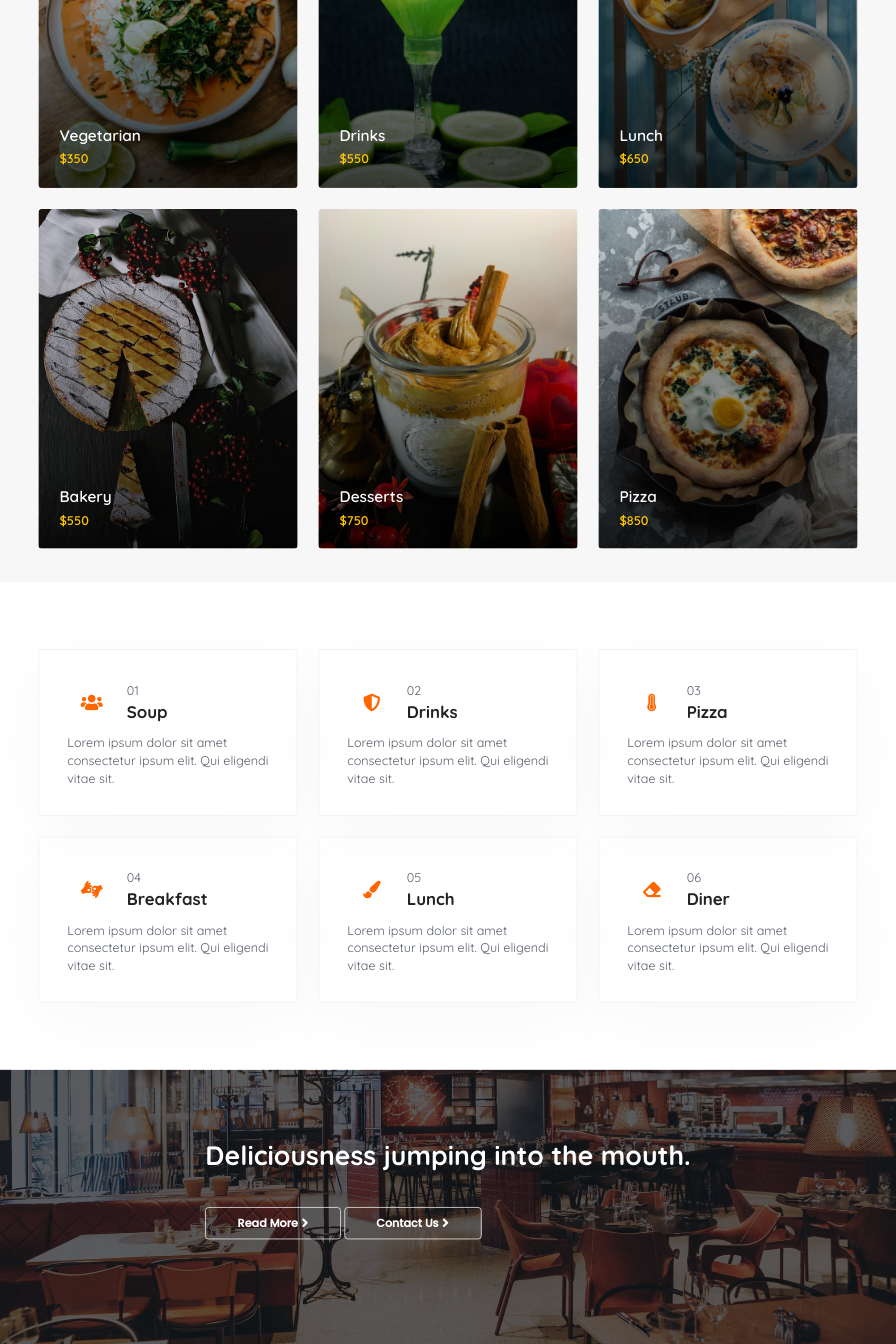
Repository: baobaodeveloper/bootscap21_project_AnhBao_VietToan_VietDuc
Page: index.html
An editor plug-in stored every save of this project. The page is shown before and after the next save, followed by the edit.
The browser window is 1280 px wide. The pictures show the part of the page from y = 1969 to 3889 px (the page is 3889 px tall before and 3819 px after), at 70% of full size.
Backgrounds fixed to the window are drawn as part of the page.

Above is the page before, as saved 2022-03-04 08:53:47.

### index.html
<!DOCTYPE html>
<html lang="en">
  <head>
    <meta charset="UTF-8" />
    <meta http-equiv="X-UA-Compatible" content="IE=edge" />
    <meta name="viewport" content="width=device-width, initial-scale=1.0" />

    <!-- fontawesome link cdn -->
    <link
      rel="stylesheet"
      href="https://cdnjs.cloudflare.com/ajax/libs/font-awesome/5.15.4/css/all.min.css"
      integrity="sha512-1ycn6IcaQQ40/MKBW2W4Rhis/DbILU74C1vSrLJxCq57o941Ym01SwNsOMqvEBFlcgUa6xLiPY/NS5R+E6ztJQ=="
      crossorigin="anonymous"
      referrerpolicy="no-referrer"
    />

    <!-- font -->
    <link rel="preconnect" href="https://fonts.googleapis.com" />
    <link rel="preconnect" href="https://fonts.gstatic.com" crossorigin />
    <link
      href="https://fonts.googleapis.com/css2?family=Pacifico&family=Poppins:wght@300;400;500&family=Quicksand:wght@300;400;500;600;700&display=swap"
      rel="stylesheet"
    />

    <link rel="stylesheet" href="style.css" />
    <title>Diner</title>
  </head>
  <body>
    <header class="header">
      <div class="header__wrapper container">
        <div class="header__top">
          <a class="header__logo" href="#">Diner</a>

          <div class="header__navbar">
            <form class="navbar__search">
              <input type="search" placeholder="Search here..." id="search" />
              <label for="search" class="fas fa-search"></label>
            </form>

            <div class="mode__container">
              <i class="fas fa-sun" id="dark"></i>
              <i class="fas fa-moon" id="light"></i>
            </div>

            <div class="fa fa-bars" id="menu-button"></div>
          </div>

          <nav class="navbar__list">
            <i class="fas fa-times" id="close-button"></i>
            <a href="#">home</a>
            <a href="#">about</a>
            <a href="#">services</a>
            <a href="#">blogs</a>
            <a href="#">404</a>
            <a href="#">landing page</a>
            <a href="#">contact</a>
            <a href="#">shot codes</a>
            <a href="#">email</a>
          </nav>
        </div>

        <div class="header__content">
          <h2>the only thing we love more than food is you!</h2>
          <p>
            Lorem ipsum dolor sit amet consectetur ipsum elit. Qui eligendi
            vitae sit.Ea ipsum sed consequuntur illum facere.
          </p>
          <a href="#" class="btn"
            >read more <i class="fas fa-angle-right"></i
          ></a>
        </div>
      </div>
    </header>

    <section class="about container pad-med">
      <div class="heading">
        <span>about us</span>
        <h3>We found our creative space that is open for you.</h3>
      </div>

      <div class="text">
        <p>
          Lorem ipsum viverra feugiat. Pellen tesque libero ut justo, ultrices
          in ligula. Semper at tempufddfel. Lorem ipsum dolor sit amet elit. Non
          quae, fugiat nihil ad. Lorem ipsum dolor sit amet. Lorem ipsum init
          dolor sit, amet elit. Dolor ipsum non velit, culpa!Lorem ipsum init
          dolor sit.
        </p>

        <p>
          Lorem ipsum viverra feugiat. Pellen tesque libero ut justo, ultrices
          in ligula. Semper at tempufddfel. Lorem ipsum dolor sit amet elit. Non
          quae, fugiat nihil ad. Lorem ipsum dolor sit amet.
        </p>
      </div>
    </section>

    <section class="restaurant">
      <div class="restaurant__img">
        <img src="./image/banner3.jpg" alt="#" />
      </div>

      <div class="restaurant__content">
        <div class="heading">
          <span>more than 3000 restaurant</span>
          <h3>Book a table easly at the best price</h3>
        </div>

        <div class="text">
          <p>
            Vestibulum ante ipsum primis in faucibus orci luctus turpis sodales
            quis. Integer sit amet mattis quam.Vivamus a ligula quam tesque et
            libero ut justo ultrices in.
          </p>
        </div>

        <div class="restaurant__best">
          <div class="best__item">
            <i class="fas fa-thumbs-up"></i>
            <h4>best deals</h4>
            <p class="text">
              Lorem ipsum viverra feugiat. Pellen tesque libero justo.
            </p>
          </div>

          <div class="best__item">
            <i class="fas fa-utensils"></i>
            <h4>best food</h4>
            <p class="text">
              Lorem ipsum viverra feugiat. Pellen tesque libero justo.
            </p>
          </div>
        </div>
      </div>
    </section>

    <section class="categories-wrapper">
      <div class="categories container pad-med">
        <div class="heading text-align pad-med">
          <span>what's new</span>
          <h3>popular categories</h3>
        </div>

        <div class="categories__list">
          <div class="categories__item">
            <div class="categories__img">
              <img src="./image/g1.jpg" alt="" />
            </div>
            <div class="categories__info">
              <span class="categories__name"> vegetarian </span>
              <span class="categories__price"> $350 </span>
            </div>
          </div>

          <div class="categories__item">
            <div class="categories__img">
              <img src="./image/g2.jpg" alt="" />
            </div>
            <div class="categories__info">
              <span class="categories__name"> drinks </span>
              <span class="categories__price"> $550 </span>
            </div>
          </div>

          <div class="categories__item">
            <div class="categories__img">
              <img src="./image/g3.jpg" alt="" />
            </div>
            <div class="categories__info">
              <span class="categories__name"> lunch </span>
              <span class="categories__price"> $650 </span>
            </div>
          </div>

          <div class="categories__item">
            <div class="categories__img">
              <img src="./image/g4.jpg" alt="" />
            </div>
            <div class="categories__info">
              <span class="categories__name"> bakery </span>
              <span class="categories__price"> $550 </span>
            </div>
          </div>

          <div class="categories__item">
            <div class="categories__img">
              <img src="./image/g5.jpg" alt="" />
            </div>
            <div class="categories__info">
              <span class="categories__name"> desserts </span>
              <span class="categories__price"> $750 </span>
            </div>
          </div>

          <div class="categories__item">
            <div class="categories__img">
              <img src="./image/g6.jpg" alt="" />
            </div>
            <div class="categories__info">
              <span class="categories__name"> pizza </span>
              <span class="categories__price"> $850 </span>
            </div>
          </div>
        </div>
      </div>
    </section>

    <section class="menu container pad-med">
      <div class="menu_list pad-med">
        <div class="menu__item">
          <div class="menu__header">
            <i class="fas fa-users"></i>
            <div class="menu__info">
              <span class="menu__number">01</span>
              <span class="menu__name">soup</span>
            </div>
          </div>

          <p class="menu__content">
            Lorem ipsum dolor sit amet consectetur ipsum elit. Qui eligendi
            vitae sit.
          </p>
        </div>

        <div class="menu__item">
          <div class="menu__header">
            <i class="fas fa-shield-alt"></i>
            <div class="menu__info">
              <span class="menu__number">02</span>
              <span class="menu__name">drinks</span>
            </div>
          </div>

          <p class="menu__content">
            Lorem ipsum dolor sit amet consectetur ipsum elit. Qui eligendi
            vitae sit.
          </p>
        </div>

        <div class="menu__item">
          <div class="menu__header">
            <i class="fas fa-thermometer-full"></i>
            <div class="menu__info">
              <span class="menu__number">03</span>
              <span class="menu__name">pizza</span>
            </div>
          </div>

          <p class="menu__content">
            Lorem ipsum dolor sit amet consectetur ipsum elit. Qui eligendi
            vitae sit.
          </p>
        </div>

        <div class="menu__item">
          <div class="menu__header">
            <i class="fas fa-american-sign-language-interpreting"></i>
            <div class="menu__info">
              <span class="menu__number">04</span>
              <span class="menu__name">breakfast</span>
            </div>
          </div>

          <p class="menu__content">
            Lorem ipsum dolor sit amet consectetur ipsum elit. Qui eligendi
            vitae sit.
          </p>
        </div>

        <div class="menu__item">
          <div class="menu__header">
            <i class="fas fa-paint-brush"></i>
            <div class="menu__info">
              <span class="menu__number">05</span>
              <span class="menu__name">lunch</span>
            </div>
          </div>

          <p class="menu__content">
            Lorem ipsum dolor sit amet consectetur ipsum elit. Qui eligendi
            vitae sit.
          </p>
        </div>

        <div class="menu__item">
          <div class="menu__header">
            <i class="fas fa-eraser"></i>
            <div class="menu__info">
              <span class="menu__number">06</span>
              <span class="menu__name">diner</span>
            </div>
          </div>

          <p class="text">
            Lorem ipsum dolor sit amet consectetur ipsum elit. Qui eligendi
            vitae sit.
          </p>
        </div>
      </div>
    </section>

    <section class="delicious">
      <div class="delicious-wrapper container">
        <div class="heading text-align">
          <h3>Deliciousness jumping into the mouth.</h3>
        </div>

        <div class="delicious__btn">
          <a href="#" class="btn"
            >read more <i class="fas fa-angle-right"></i
          ></a>
          <a href="#" class="btn"
            >contact us <i class="fas fa-angle-right"></i
          ></a>
        </div>
      </div>
    </section>

    <script src="app.js"></script>
  </body>
</html>

### style.css
* {
  padding: 0;
  margin: 0;
  box-sizing: border-box;
}

:root {
  --primary-font: "Quicksand", sans-serif;
  --secondary-font: "Pacifico", cursive;
  --third-font: "Poppins", sans-serif;
  --primary-color: #ff6600;
  --title-color: #232121;
  --white-color: #fff;
  --text-color: #161c2db3;
  --price-color: #ffc600;
}

img {
  display: block;
  max-width: 100%;
}

button,
input {
  display: inline-block;
  border: none;

  font-family: var(--primary-font);
  font-size: 1.6rem;

  outline: none;
}

a {
  display: inline-block;
  text-decoration: none;
}

html {
  font-size: 62.5%;
}

.container {
  max-width: 1200px;
  margin: 0 auto;
  padding: 0 1.5rem;
}

body {
  color: var(--title-color);

  font-family: var(--primary-font);
  font-size: 1.8rem;
  line-height: 1.2;
}

.pad-med {
  padding-top: 4.8rem;
  padding-bottom: 4.8rem;
}

.text-align {
  text-align: center;
}

.heading span {
  margin-bottom: 0.5rem;

  color: var(--primary-color);

  font-family: var(--secondary-font);
  font-size: 2rem;
  text-transform: capitalize;
}

.heading h3 {
  font-size: 3.8rem;
}

.text {
  color: var(--text-color);

  font-size: 1.8rem;
  line-height: 1.4;
}

.text p {
  margin: 2rem 0;
}

.btn {
  display: inline-flex;
  align-items: center;
  padding: 1.2rem 4.5rem;
  border-radius: 0.5rem;
  border: 1.5px solid var(--white-color);

  color: var(--white-color);
  background-color: transparent;

  font-family: var(--third-font);
  font-size: 1.6rem;
  text-transform: capitalize;
  font-weight: bold;

  transition: 0.4s linear;
}

.btn i {
  display: inline-block;
  margin-left: 0.5rem;

  font-size: 2rem;
}

.btn:hover {
  background-color: var(--white-color);
  color: var(--primary-color);
}

/* header section starts */
#dark {
  display: none;
}

.header {
  background-image: linear-gradient(to right, #ff6600, hsl(30deg 100% 1% / 20%)),
    url(./image/banner1.jpg);

  background-size: cover;
  background-repeat: no-repeat;
  background-attachment: fixed;

  min-height: 70vh;
}

.header__top {
  display: flex;
  justify-content: space-between;
  padding-top: 4rem;
  padding-bottom: 2rem;
}

.header__logo {
  color: var(--white-color);

  font-size: 3.3rem;
  font-weight: bold;
}

.navbar__search {
  position: relative;
}

.navbar__search input {
  padding: 1rem 5rem 1rem 2rem;

  border-radius: 0.5rem;

  color: var(--text-color);
}

.navbar__search label {
  position: absolute;
  top: 50%;
  right: 2.5rem;

  transform: translate(50%, -50%);

  font-size: 1.5rem;

  cursor: pointer;
}

.header__navbar {
  display: flex;
  justify-content: space-between;
  align-items: center;
  gap: 2rem;
}

.mode__container,
#menu-button {
  color: var(--white-color);

  cursor: pointer;
}

.mode__container {
  font-size: 2.4rem;
}

#menu-button {
  font-size: 3.1rem;
}

.header__content {
  max-width: 60rem;
  margin-top: 10rem;

  color: var(--white-color);
}

.header__content h2 {
  font-size: 5.4rem;

  text-transform: capitalize;
}

.header__content p {
  margin: 2.4rem 0 4.8rem;

  font-size: 1.6rem;
  line-height: 1.6;
}

.navbar__list {
  position: fixed;
  top: 0;
  left: 0;
  width: 100vw;
  height: 100vh;
  z-index: 20;

  display: flex;
  flex-direction: column;
  align-items: center;
  justify-content: center;

  visibility: hidden;
  opacity: 0;
  transform: scale(0.9);

  background-color: rgb(6 3 0 / 77%);

  transition: transform 0.3s, opacity 0.9s, visibility 0s 0.4s;
}

.navbar__list.active {
  visibility: visible;
  opacity: 1;
  transform: scale(1);

  transition: transform 0.4s, opacity 0.4s;
}

.navbar__list a {
  margin: 1.5rem 0;

  color: var(--white-color);

  text-transform: capitalize;
  font-family: var(--third-font);
  font-size: 2rem;
  font-weight: 600;

  transition: 0.2s linear;
}

.navbar__list a:hover {
  color: var(--primary-color);
}

#close-button {
  position: absolute;
  top: 3rem;
  right: 3rem;
  z-index: 25;

  width: 3.5rem;
  height: 3.5rem;
  border-radius: 0.5rem;

  color: var(--white-color);
  background-color: var(--primary-color);

  line-height: 3.5rem;
  text-align: center;
  font-size: 1.6rem;

  cursor: pointer;
}

/* header section ends */

/* about section starts */
.about {
  display: flex;
  gap: 6rem;
  flex-wrap: wrap;
}

.about .heading {
  width: calc(40% - 3rem);
}

.about .text {
  width: calc(60% - 3rem);
}

/* about section ends */

/* restaurant section starts */
.restaurant {
  display: flex;
  justify-content: space-between;
  flex-wrap: wrap;
}

.restaurant__img {
  position: relative;

  width: 50%;
}
.restaurant__img::before {
  content: "";
  position: absolute;
  width: 100%;
  height: 100%;
  top: 0;
  left: 0;
  z-index: 4;

  background-color: rgb(16 15 19 / 46%);
}

.restaurant__img img {
  width: 100%;
  height: 100%;
  object-fit: cover;
}

.restaurant__content {
  padding: 10rem 8rem;
  width: 50%;

  background-color: var(--primary-color);
}

.restaurant__content .heading span {
  color: var(--white-color);
}

.restaurant__content .text {
  color: #ffdfc9;
}

.restaurant__best {
  margin-top: 3rem;
  display: flex;
  justify-content: space-between;
  gap: 2rem;
}

.best__item {
  width: 50%;
}
.best__item i {
  display: inline-block;
  width: 7rem;
  height: 7rem;
  border-radius: 0.5rem;

  color: var(--primary-color);
  background-color: var(--white-color);

  line-height: 7rem;
  text-align: center;
  font-size: 2.5rem;
}

.best__item h4 {
  margin: 1.5rem 0;

  text-transform: capitalize;
  font-family: var(--third-font);
  font-size: 2rem;
}
/* restaurant section ends */

/* categories section starts */
.categories-wrapper {
  background-color: #f7f7f7;
}

.categories__list {
  display: grid;
  grid-template-columns: repeat(auto-fill, minmax(30rem, 1fr));
  grid-gap: 3rem;
}

.categories__img {
  width: 100%;
}

.categories__item {
  position: relative;

  border-radius: 0.5rem;
  overflow: hidden;
}

.categories__item::before {
  content: "";
  position: absolute;
  inset: 0;
  z-index: 1;
  background: linear-gradient(
    to bottom,
    rgba(0, 0, 0, 0) 0,
    rgba(0, 0, 0, 0.53) 69%,
    rgba(0, 0, 0, 0.76) 100%
  );
}

.categories__info {
  position: absolute;
  bottom: 3rem;
  left: 3rem;
  z-index: 3;
}

.categories__name {
  display: block;
  margin-bottom: 1rem;

  color: var(--white-color);

  text-transform: capitalize;
  font-size: 2.2rem;
  font-weight: 600;
}

.categories__price {
  color: var(--price-color);

  font-size: 1.8rem;
  font-weight: 600;
}

.categories__img img {
  width: 100%;
  height: 100%;
  object-fit: cover;

  transition: 0.3s linear;
}

.categories__item:hover img {
  opacity: 0.8;
}
/* categories section ends */

/* menu section starts */
.menu_list {
  display: grid;
  grid-template-columns: repeat(auto-fill, minmax(30rem, 1fr));
  grid-gap: 3rem;
}

.menu__item {
  border: 1px solid #eee;
  border-radius: 0.5rem;
  padding: 4rem;

  box-shadow: 0 25px 98px 0 rgb(0 0 0 / 3%);

  transition: 0.3s linear;
}

.menu__header {
  display: flex;
  gap: 1.5rem;
  align-items: center;
  margin-bottom: 1rem;
}

.menu__number {
  display: block;
  margin-bottom: 0.5rem;

  color: var(--text-color);
}

.menu__name {
  font-size: 2.4rem;
  font-weight: bold;
  text-transform: capitalize;

  transition: 0.3s linear;

  cursor: pointer;
}

.menu__name:hover {
  color: var(--primary-color);
}

.menu__header i {
  display: flex;
  justify-content: center;
  align-items: center;
  width: 7rem;
  height: 7rem;
  border-radius: 0.5rem;

  color: var(--primary-color);
  background-color: var(--white-color);

  font-size: 2.5rem;

  transition: 0.3s linear;
}

.menu__item:hover .menu__header i {
  background-color: var(--primary-color);
  color: var(--white-color);
}

.menu__item:hover {
  box-shadow: 0 25px 98px 0 rgb(0 0 0 / 10%);
}

.menu__item p {
  color: var(--text-color);

  line-height: 1.4;
}
/* menu section ends */

/* delicious section starts */
.delicious {
  padding: 10rem 0 15rem;
  display: flex;
  justify-content: center;
  align-items: center;

  background-image: linear-gradient(
      to right,
      rgb(16 15 19 / 66%),
      rgb(16 15 19 / 66%)
    ),
    url(./image/banner2.jpg);
  background-position: center;
  background-size: cover;
  background-repeat: no-repeat;
}

.delicious .delicious-wrapper .heading {
  margin-bottom: 5rem;

  color: var(--white-color);

  font-size: 4.5rem;
}
/* delicious section ends */

/* media query */
@media screen and (max-width: 1200px) {
  .restaurant__img,
  .restaurant__content {
    width: 100%;
  }

  .restaurant__content {
    text-align: center;
  }

  .best__item {
    display: flex;
    flex-direction: column;
    justify-content: center;
    align-items: center;
  }

  .categories__list {
    grid-gap: 1.5rem;
  }
}

@media screen and (max-width: 991px) {
  .header {
    background-position: center;

    min-height: 60vh;
  }

  .about {
    gap: 0rem;
  }

  .about .heading {
    text-align: center;
  }

  .about .heading,
  .about .text {
    width: 100%;
  }

  .categories__item {
    max-height: 50rem;
  }
}

@media screen and (max-width: 767px) {
  html {
    font-size: 55%;
  }

  .header {
    min-height: 50vh;
  }

  .restaurant__content {
    padding: 3rem 2rem;
  }

  .categories.pad-med {
    padding-top: 1rem;
  }
}

### app.js
const menuBtn = document.getElementById("menu-button");
const navList = document.querySelector(".navbar__list");
const closBtn = document.getElementById("close-button");
menuBtn.addEventListener("click", () => {
  navList.classList.add("active");
});

closBtn.addEventListener("click", () => {
  navList.classList.remove("active");
});

After the next save:
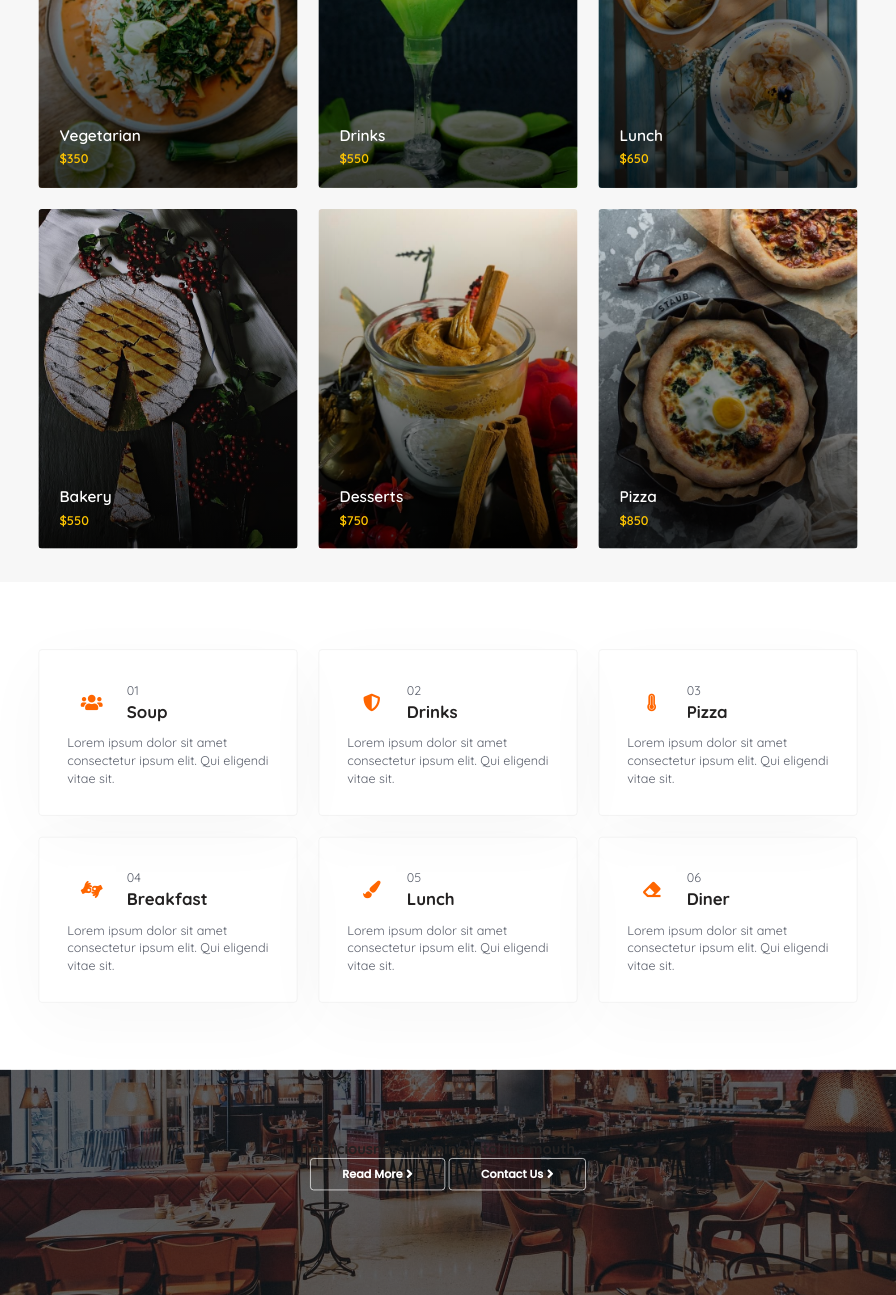
Saved 27 s later.
--- a/index.html
+++ b/index.html
@@ -301,9 +301,7 @@
 
     <section class="delicious">
       <div class="delicious-wrapper container">
-        <div class="heading text-align">
-          <h3>Deliciousness jumping into the mouth.</h3>
-        </div>
+        <h3>Deliciousness jumping into the mouth.</h3>
 
         <div class="delicious__btn">
           <a href="#" class="btn"
